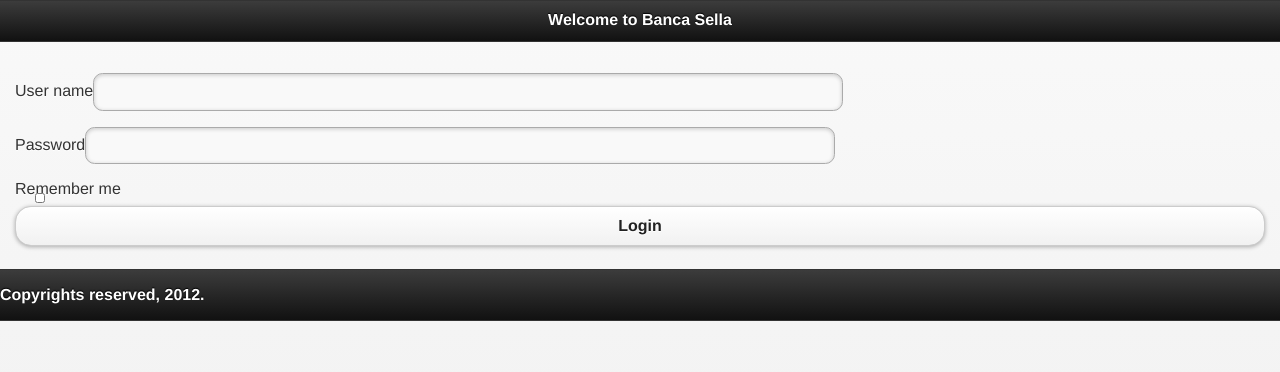
Repository: ravinforu/HTML5_CSS3_JS_Frameworks_Jul_2012-1
Page: Day03/WebContent/lab07.html
These files come from the project's save history. The page is drawn as it stood at one moment and after the next save; the edit follows.
The browser window is 1280 px wide. The pictures show the whole page.

Above is the page before, as saved 2012-07-27 04:54:38.

After the next save:
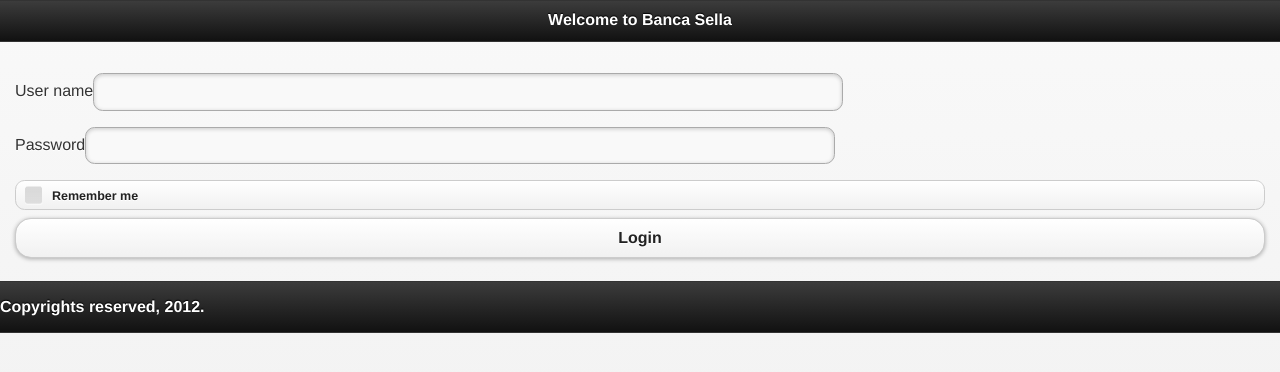
Saved 44 s later.
--- a/Day03/WebContent/lab07.html
+++ b/Day03/WebContent/lab07.html
@@ -44,7 +44,8 @@
 				<label>Password</label> <input type="password" id="passwordText">
 			</div>
 			<div data-role="controlgroup">
-				<label>Remember me</label> <input data-type="horizontal"  data-mini="true" type="checkbox" id="rememberChk">
+				<input data-type="horizontal"  data-mini="true" type="checkbox" id="rememberChk">
+				<label for="rememberChk">Remember me</label>
 			</div>
 			<div data-role="button" id="loginBtn">Login</div>
 		</div>
